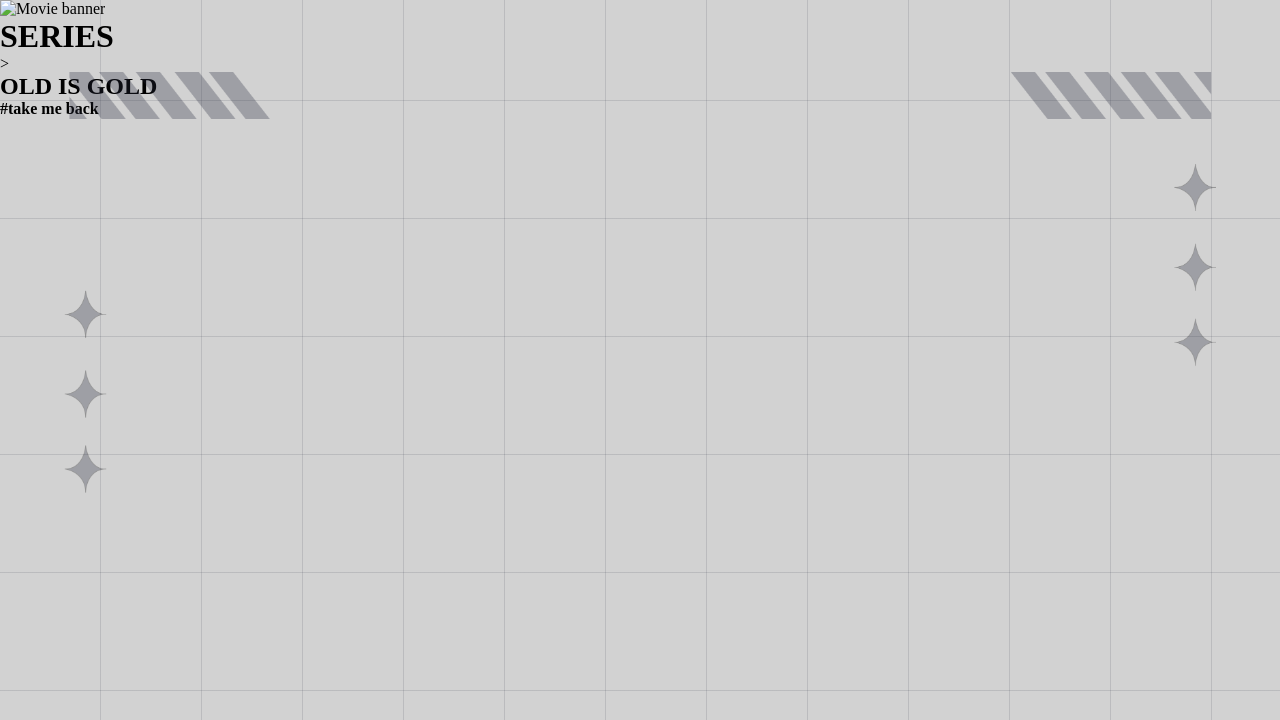
Repository: PEEZYBEE/phase-1-javascript-project-mode
Page: index.html
The author's editor kept a copy of each file at every save. The page is drawn from the files as they stood at one save, then again after the next save.
The browser window is 1280 px wide. The pictures show the whole page.
Some web fonts or font styles are not loaded; a fallback is used.

Above is the page before, as saved 2025-03-25 19:21:58.

After the next save:
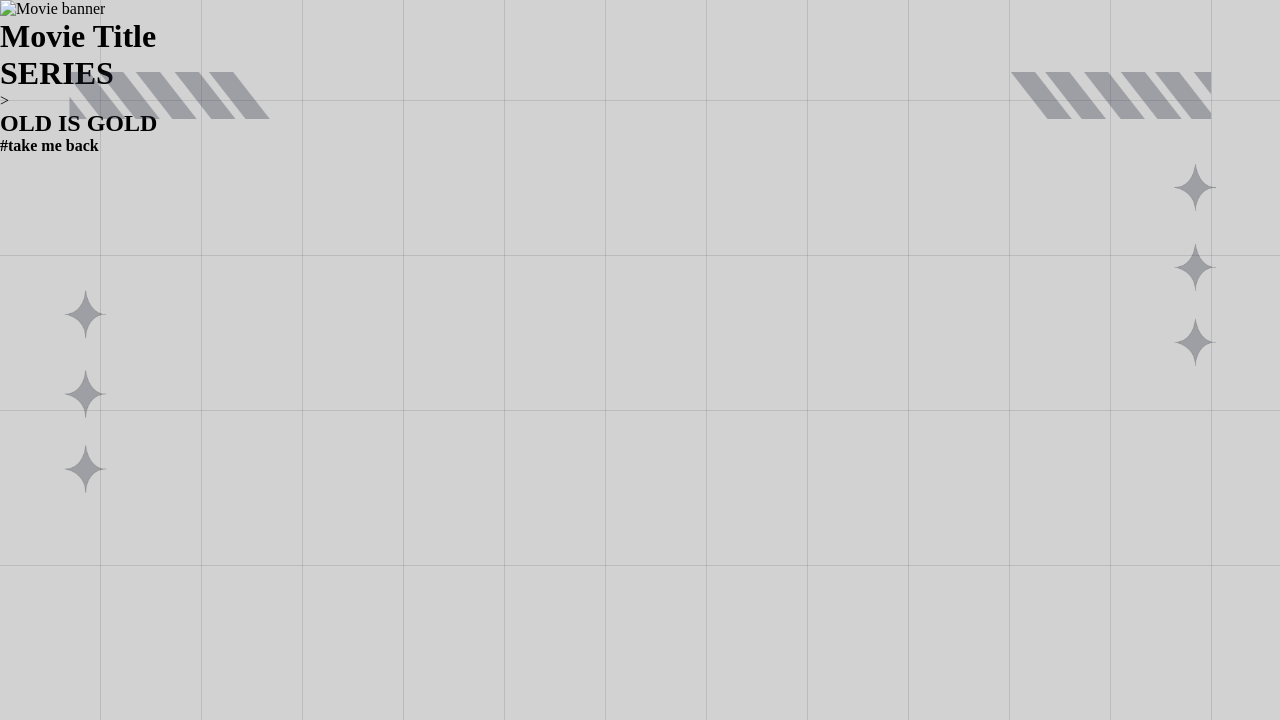
Saved 7 s later.
--- a/index.html
+++ b/index.html
@@ -46,7 +46,7 @@
      <div class="container">
         <div id="movie details">
             <img id="banner" src="" alt="Movie banner">
-
+            <h1 id="title">Movie Title</h1>
 
         </div>
          <!--<div class="slider" style="--quantity: 10">
